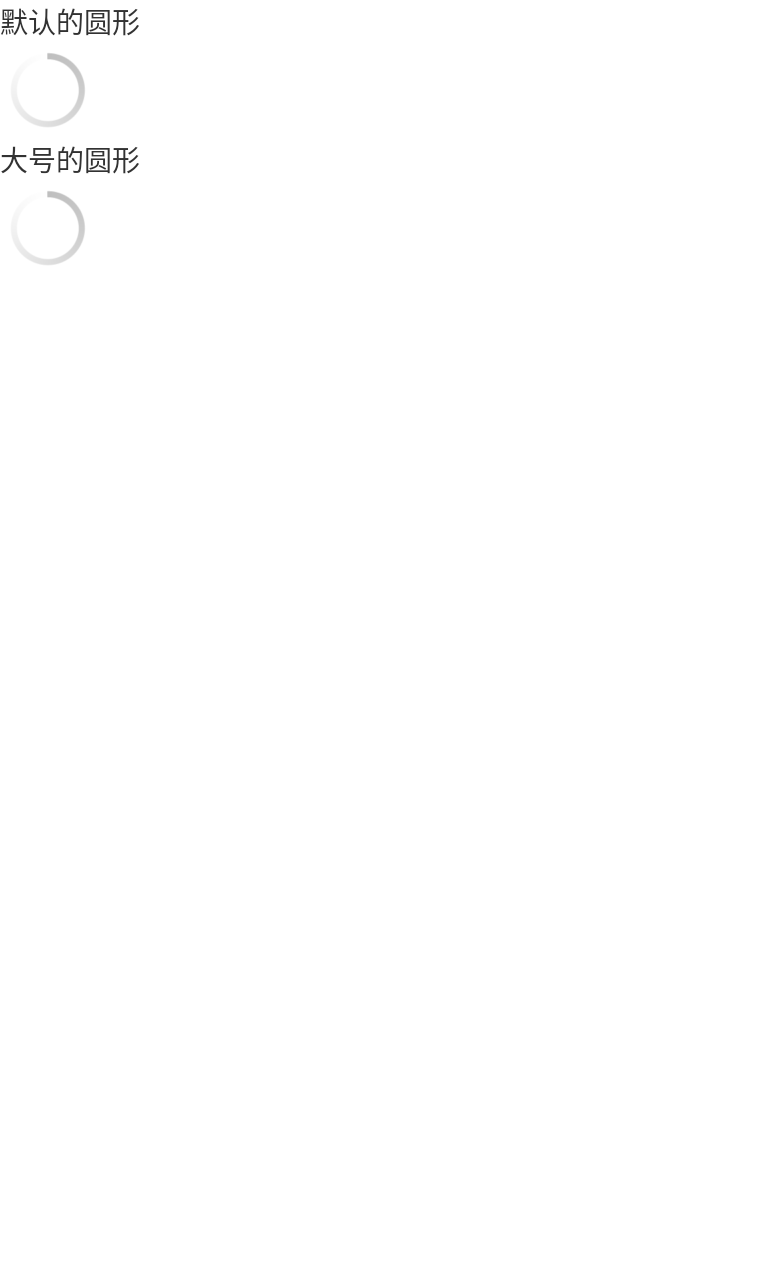
Repository: ling-cen/demo
Layout: UI_ProGressBar/res/layout/progressbar_layout.xml
An editor plug-in stored every save of this project. The layout is shown before and after the next save, followed by the edit.
It is drawn on a 768 x 1280 px phone screen (xhdpi) without system bars, with theme AppTheme; the app's code is not run.

Above is the layout before, as saved 2018-12-13 12:17:17.

After the next save:
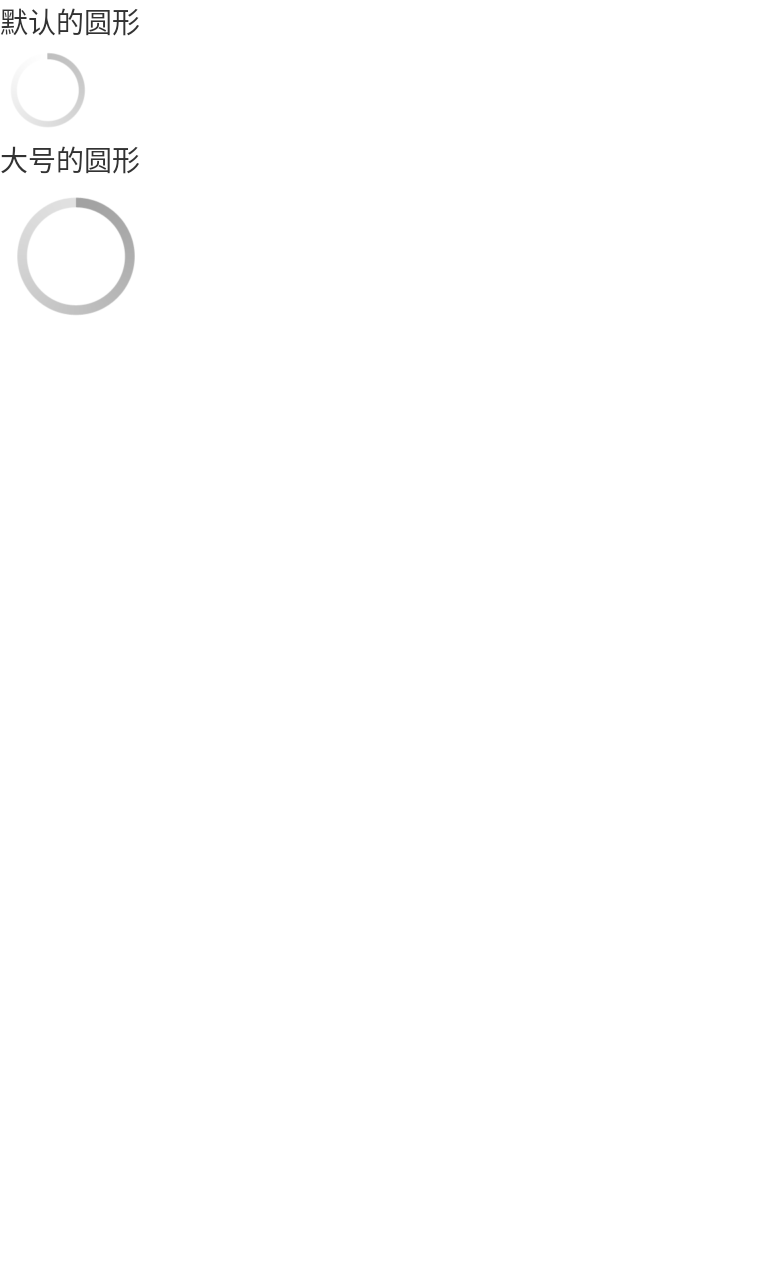
Saved 52 s later.
--- a/UI_ProGressBar/res/layout/progressbar_layout.xml
+++ b/UI_ProGressBar/res/layout/progressbar_layout.xml
@@ -19,7 +19,7 @@
         android:text="大号的圆形" />
 
     <ProgressBar
-        style="?android:attr/progressBarStyleInverse"
+        style="?android:attr/progressBarStyleLarge"
         android:layout_width="wrap_content"
         android:layout_height="wrap_content" />
 
